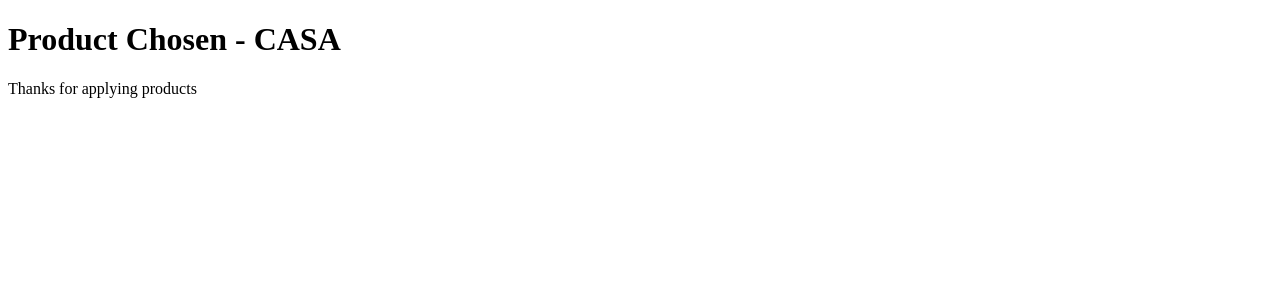
Repository: cb007/cbRepository
Page: http://localhost/SpringMvc/product
The author's editor kept a copy of each file at every save. The page is drawn from the files as they stood at one save, then again after the next save.
The browser window is 1280 px wide. The pictures show the whole page.
The page is served by Tomcat 9. Other server files are loaded and not shown.

Above is the page before, as saved 2017-02-23 11:36:41.

### spring-hibernate/SpringMvc/WebContent/WEB-INF/dispatcher-servlet.xml
<beans xmlns="http://www.springframework.org/schema/beans"
 xmlns:xsi="http://www.w3.org/2001/XMLSchema-instance"
  xmlns:mvc="http://www.springframework.org/schema/mvc"
  xmlns:context="http://www.springframework.org/schema/context"
  xmlns:tx="http://www.springframework.org/schema/tx"
  xsi:schemaLocation="http://www.springframework.org/schema/mvc
   http://www.springframework.org/schema/mvc/spring-mvc-3.0.xsd
        http://www.springframework.org/schema/beans
         http://www.springframework.org/schema/beans/spring-beans.xsd
        http://www.springframework.org/schema/tx
         http://www.springframework.org/schema/tx/spring-tx-3.0.xsd
        http://www.springframework.org/schema/context
         http://www.springframework.org/schema/context/spring-context-3.0.xsd">

 <mvc:annotation-driven/>
 <mvc:resources location="/images" mapping="/images/**"/>
 <mvc:resources location="/styles" mapping="/styles/**"/>
 <context:annotation-config></context:annotation-config>
 <context:component-scan base-package="com.scope.banking"></context:component-scan>

 <!-- view resolver /WEB-INF -->
 <bean class="org.springframework.web.servlet.view.InternalResourceViewResolver">
 	<property name="suffix" value=".jsp"></property>
 </bean>

</beans>

### spring-hibernate/SpringMvc/WebContent/product.jsp
<%@ page language="java" contentType="text/html; charset=ISO-8859-1"
    pageEncoding="ISO-8859-1"%>
<!DOCTYPE html PUBLIC "-//W3C//DTD HTML 4.01 Transitional//EN" "http://www.w3.org/TR/html4/loose.dtd">
<html>
<head>
<meta http-equiv="Content-Type" content="text/html; charset=ISO-8859-1">
<title>Welcome To The Product Page</title>
</head>
<body>
<h1>Product Chosen - CASA</h1>
${message}
</body>
</html>

### spring-hibernate/SpringMvc/src/com/scope/banking/controller/WelcomeController.java
package com.scope.banking.controller;

import org.springframework.stereotype.Controller;
import org.springframework.ui.ModelMap;
import org.springframework.web.bind.annotation.RequestMapping;
import org.springframework.web.bind.annotation.RequestMethod;

@Controller
public class WelcomeController {
	@RequestMapping(value="/welcome", method=RequestMethod.GET)
	public String welcomeMessage(ModelMap model){
		System.out.println("/welcome");
		model.addAttribute("message", "Welcome to Retail Workbench");
		return "index";

	}

	@RequestMapping(value="/product", method=RequestMethod.GET)
	public String happyMessage(ModelMap model){
		System.out.println("/product");
		model.addAttribute("message", "Thanks for applying products");
		return "product";

	}
}

### spring-hibernate/SpringMvc/WebContent/styles/main.css
body {
    background-color: lightblue;
}
div {
    height: 200px;
    width: 50%;
    background-color: powderblue;
}

After the next save:
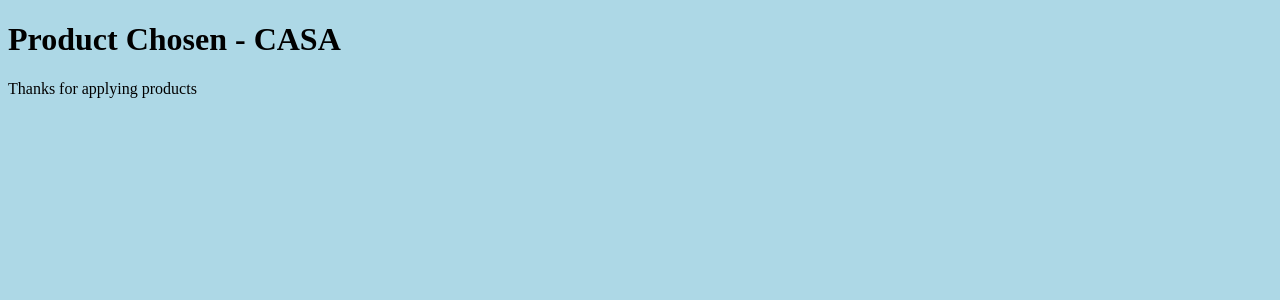
Saved 10 s later.
--- a/spring-hibernate/SpringMvc/WebContent/product.jsp
+++ b/spring-hibernate/SpringMvc/WebContent/product.jsp
@@ -5,6 +5,7 @@
 <head>
 <meta http-equiv="Content-Type" content="text/html; charset=ISO-8859-1">
 <title>Welcome To The Product Page</title>
+<link type="text/css" rel="stylesheet" href="styles/main.css">
 </head>
 <body>
 <h1>Product Chosen - CASA</h1>
